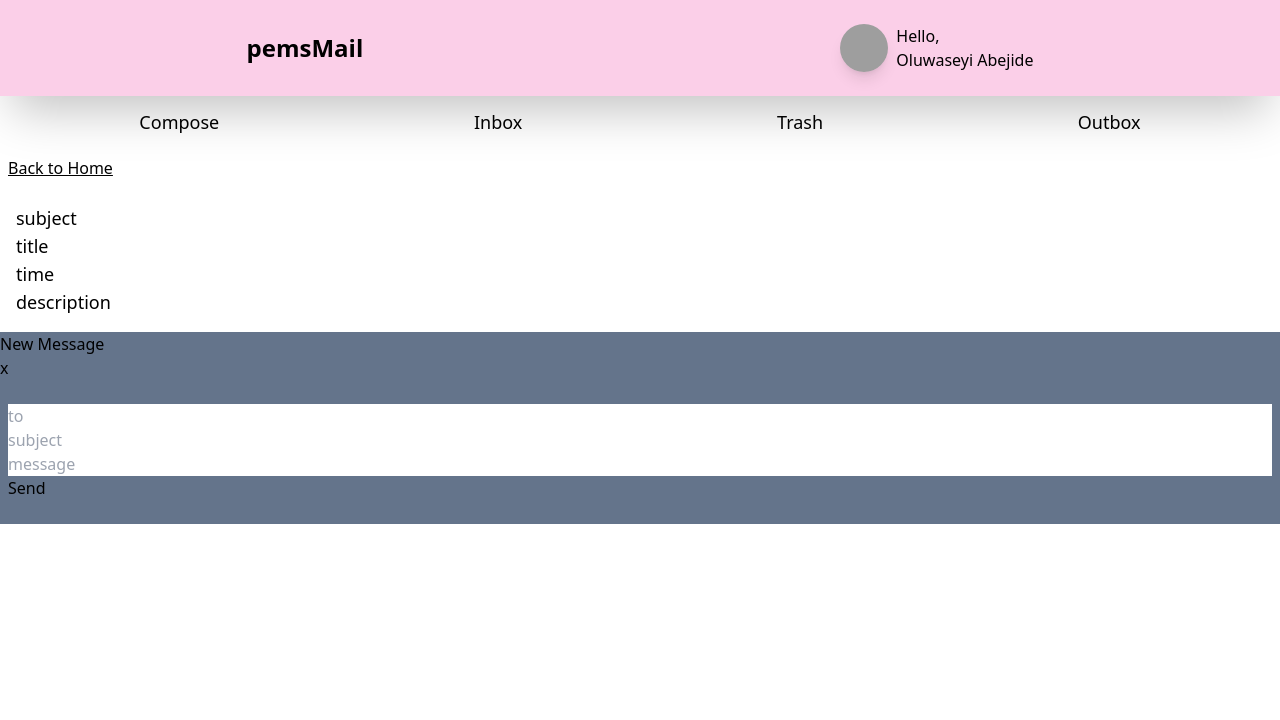
Repository: Semanmernstack/mailclone
Page: /mail
An editor plug-in stored every save of this project. The page is shown before and after the next save, followed by the edit.
The browser window is 1280 px wide. The pictures show the whole page.
Pictures or frames that could not be fetched are drawn as grey boxes. The project was rebuilt for these pictures with package versions that can differ from the ones it lists, and the page was loaded fresh each time. Also part of the build but not shown: src/features/counter/Counter.module.css, src/features/counter/Counter.js, src/OpenRow.js, src/Open.js.

Above is the page before, as saved 2023-01-16 03:51:50.

After the next save:
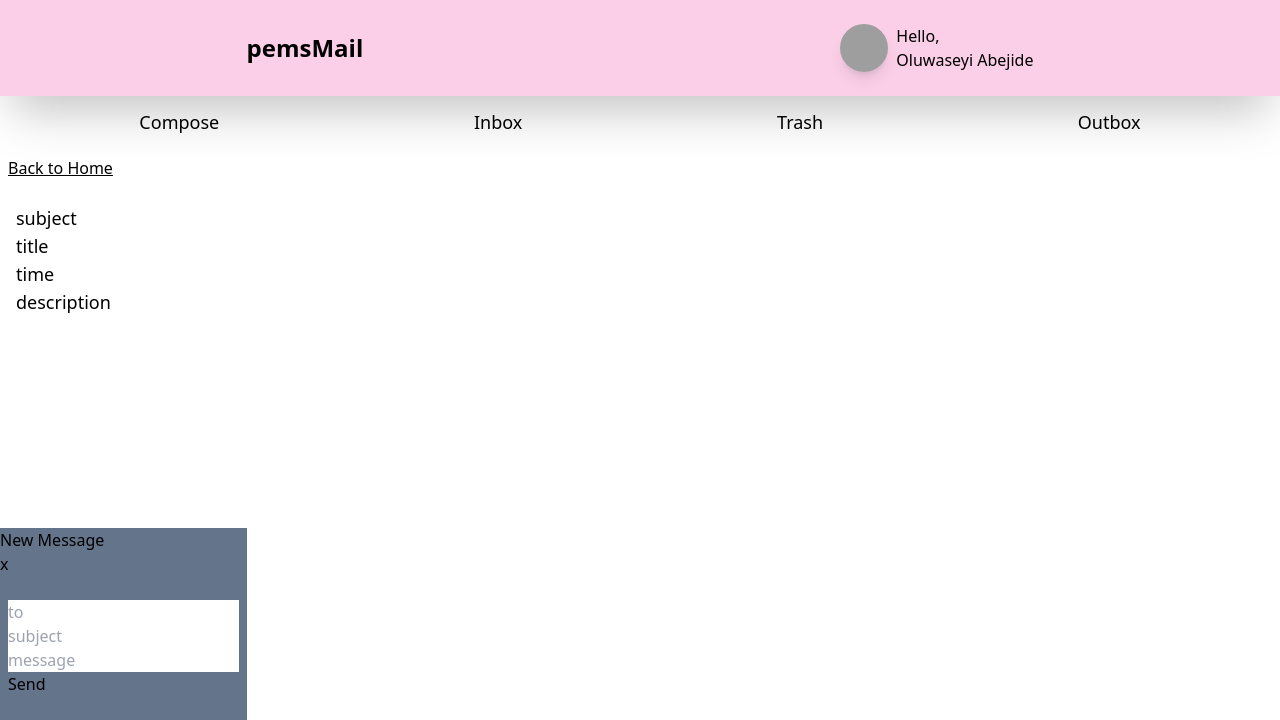
Saved 60 s later.
--- a/src/SendMail.js
+++ b/src/SendMail.js
@@ -5,7 +5,7 @@ function SendMail() {
     const { register, handleSubmit, formState: { errors } } = useForm();
     const onSubmit = (formData) => {}
   return (
-    <div className=" flex flex-col width-[360px] bg-slate-500">
+    <div className=" flex absolute bottom-0 flex-col width-[360px] bg-slate-500">
             <div className=" ">
                 <h3>New Message</h3>
                 <button   >x</button>
